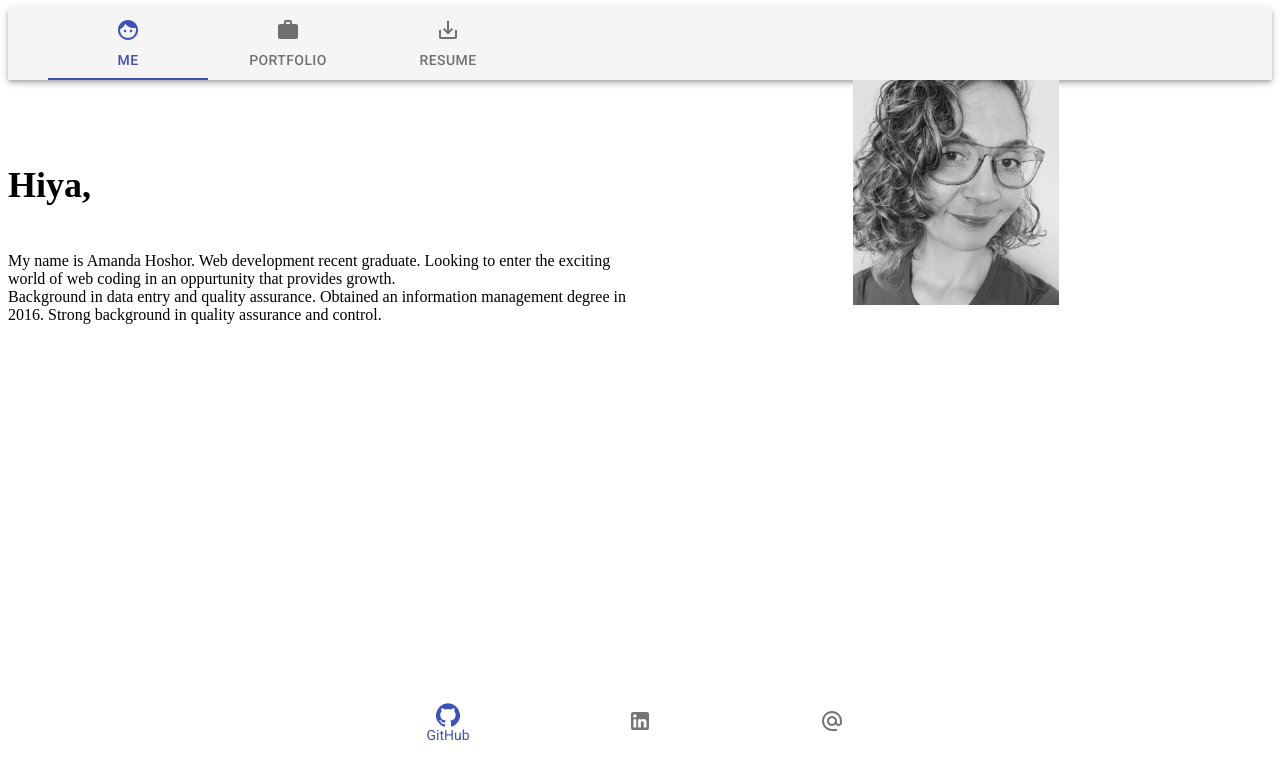
Repository: mandahos/hoshor
Page: /
An editor plug-in stored every save of this project. The page is shown before and after the next save, followed by the edit.
The browser window is 1280 px wide. The pictures show the whole page.
The project was rebuilt for these pictures with package versions that can differ from the ones it lists, and the page was loaded fresh each time. Also part of the build but not shown: src/components/Portfolio/index.js, src/components/Resume/index.js. Imported but missing from the stored project, and not drawn on this page: src/assets/resume/Amanda_Hoshor_Resume.PDF, src/assets/resume/Resume_Hoshor (1).pdf.

Above is the page before, as saved 2021-08-22 08:08:28.

### public/index.html
<!DOCTYPE html>
<html lang="en">
  <head>
    <meta charset="utf-8" />
    <link rel="icon" href="%PUBLIC_URL%/favicon.ico" />
    <meta name="viewport" content="width=device-width, initial-scale=1" />
    <meta name="theme-color" content="#000000" />
    <meta
      name="description"
      content="Web site created using create-react-app"
    />
    <link rel="apple-touch-icon" href="%PUBLIC_URL%/logo192.png" />
    <link rel="stylesheet" href="https://fonts.googleapis.com/css?family=Roboto:300,400,500,700&display=swap" />

    <!--
      manifest.json provides metadata used when your web app is installed on a
      user's mobile device or desktop. See https://developers.google.com/web/fundamentals/web-app-manifest/
    -->

    <link rel="stylesheet" href="https://fonts.googleapis.com/icon?family=Material+Icons" />
    <link rel="manifest" href="%PUBLIC_URL%/manifest.json" />
    <!--
      Notice the use of %PUBLIC_URL% in the tags above.
      It will be replaced with the URL of the `public` folder during the build.
      Only files inside the `public` folder can be referenced from the HTML.

      Unlike "/favicon.ico" or "favicon.ico", "%PUBLIC_URL%/favicon.ico" will
      work correctly both with client-side routing and a non-root public URL.
      Learn how to configure a non-root public URL by running `npm run build`.
    -->
    <title>Hoshor</title>
  </head>
  <body>
    <noscript>You need to enable JavaScript to run this app.</noscript>
    <div id="root"></div>
    <!--
      This HTML file is a template.
      If you open it directly in the browser, you will see an empty page.

      You can add webfonts, meta tags, or analytics to this file.
      The build step will place the bundled scripts into the <body> tag.

      To begin the development, run `npm start` or `yarn start`.
      To create a production bundle, use `npm run build` or `yarn build`.
    -->
  </body>
</html>

### src/index.js
import React from 'react';
import ReactDOM from 'react-dom';
import './css/styles.css';
import App from './App';

ReactDOM.render(
  <React.StrictMode>
    <App />

  </React.StrictMode>,
  document.getElementById('root')
);

// If you want to start measuring performance in your app, pass a function
// to log results (for example: reportWebVitals(console.log))
// or send to an analytics endpoint. Learn more: https://bit.ly/CRA-vitals

### src/css/styles.css
.App {
  font-family: Arial, Helvetica, sans-serif;
  text-align: center;
  background-color: #7A6174;
  color: white
}
h1 {
  font-size: 48px;

}
h2 {
  font-size: 14px
}
.About {
  font-family: Cambria, Cochin, Georgia, Times, 'Times New Roman', serif
}
h3 {
  text-align: left;
}

p {
  text-align: left;
}

### src/App.js
import React, { useState } from "react";
import "./css/styles.css";
import  Navigation from "./components/Navigation";
import  Footer  from "./components/Footer";

// import background from "./assets/images/plug.png"


export default function App() {
   return (
    <div>
      <Navigation />



        <Footer />
    </div>
  )
}

### src/components/Navigation/index.js
import React from 'react';
import PropTypes from 'prop-types';
import { makeStyles } from '@material-ui/core/styles';
import AppBar from '@material-ui/core/AppBar';
import Tabs from '@material-ui/core/Tabs';
import Tab from '@material-ui/core/Tab';

import FaceIcon from '@material-ui/icons/Face';
import WorkIcon from '@material-ui/icons/Work';
import SaveAltIcon from '@material-ui/icons/SaveAlt';

import Typography from '@material-ui/core/Typography';
import Box from '@material-ui/core/Box';

import Me from '../Me/index'
import Portfolio from '../Portfolio/index'
import Resume from '../Resume/index'

function TabPanel(props) {
  const { children, value, index, ...other } = props;

  return (
    <div
      role="tabpanel"
      hidden={value !== index}
      id={`scrollable-force-tabpanel-${index}`}
      aria-labelledby={`scrollable-force-tab-${index}`}
      {...other}
    >
      {value === index && (
        <Box p={3}>
          <Typography>{children}</Typography>
        </Box>
      )}
    </div>
  );
}

TabPanel.propTypes = {
  children: PropTypes.node,
  index: PropTypes.any.isRequired,
  value: PropTypes.any.isRequired,
};

function a11yProps(index) {
  return {
    id: `scrollable-force-tab-${index}`,
    'aria-controls': `scrollable-force-tabpanel-${index}`,
  };
}

const useStyles = makeStyles((theme) => ({
  root: {
    flexGrow: 1,
    width: '100%',
    backgroundColor: theme.palette.background.paper,
  },
}));

export default function ScrollableTabsButtonForce() {
  const classes = useStyles();
  const [value, setValue] = React.useState(0);

  const handleChange = (event, newValue) => {
    setValue(newValue);
  };


  return (
    <>
      <div className={classes.root}>
        <AppBar position="static" color="default">
          <Tabs
            value={value}
            onChange={handleChange}
            variant="scrollable"
            scrollButtons="on"
            indicatorColor="primary"
            textColor="primary"
            aria-label="scrollable force tabs example"
          >

            <Tab label="Me" icon={<FaceIcon />} {...a11yProps(0)} />
            <Tab label="Portfolio" icon={<WorkIcon />} {...a11yProps(1)} />
            <Tab label="Resume" icon={<SaveAltIcon />} {...a11yProps(2)} />
          </Tabs>
        </AppBar>


        {value === 0 && <Me />}
        {value === 1 && <Portfolio />}
        {value === 2 && <Resume />}

      </div>
    </>
  );
}

### src/components/Footer/index.js
import React from 'react';
import { makeStyles } from '@material-ui/core/styles';
import BottomNavigation from '@material-ui/core/BottomNavigation';
import BottomNavigationAction from '@material-ui/core/BottomNavigationAction';
import LinkedInIcon from '@material-ui/icons/LinkedIn';
import GitHubIcon from '@material-ui/icons/GitHub';
import AlternateEmailIcon from '@material-ui/icons/AlternateEmail';
import CSS from './footer.css'

const useStyles = makeStyles({
  root: {
    width: 500,
    position: 'fixed'
  },
});

export default function LabelBottomNavigation() {
  const footer = useStyles();
  const [value, setValue] = React.useState('recents');

  const handleChange = (event, newValue) => {
    setValue(newValue);
  };

  return (
    <BottomNavigation value={value} onChange={handleChange} className={footer}>
      <BottomNavigationAction a href="https://github.com/mandahos" label="GitHub" value="recents" icon={<GitHubIcon />} />
      <BottomNavigationAction a href="https://www.linkedin.com/in/amanda-hoshor/" label="LinkedIn" value="favorites" icon={<LinkedInIcon />} />
      <BottomNavigationAction a href="mailto:hoshor.manda@gmail.com" label="Email" value="nearby" icon={<AlternateEmailIcon />} />

    </BottomNavigation>
  );
}

### src/components/Me/index.js
import React from 'react';
import {
  Container,
  Stack,
  Flex,
  Box,
  Heading,
  Text,
  Image

} from '@chakra-ui/react';


import picture from '../../assets/images/portfolio.jpg'

const Me = () => {

  return (

    <Container maxW={'7xl'}>
      <Stack
        align={'center'}
        spacing={{ base: 8, md: 10 }}
        py={{ base: 20, md: 28 }}
        direction={{ base: 'column', md: 'row' }}>

        <Stack flex={1} spacing={{ base: 5, md: 10 }}>
          <Heading
            lineHeight={1.1}
            fontWeight={800}
            fontSize={36}
            >
            <Text
              as={'span'}
              position={'relative'}
              _after={{
                content: "''",
                width: 'full',
                height: '80%',
                position: 'absolute',
                bottom: 1,
                left: 0,
                bg: 'red.400',
                zIndex: -1,

              }}>
              Hiya,
            </Text>
            <br />

          </Heading>
          <Text color={'black.500'}>
            My name is Amanda Hoshor. Web development recent graduate. Looking to enter the exciting world of web coding in an oppurtunity that provides growth.
            <br/>
            Background in data entry and quality assurance. Obtained an information management degree in 2016. Strong background in quality assurance and control.
          </Text>
          <Stack
            spacing={{ base: 4, sm: 6 }}
            direction={{ base: 'column', sm: 'row' }}>

          </Stack>
        </Stack>
        <Flex
          flex={1}
          justify={'center'}
          align={'center'}
          position={'relative'}
          w={'full'}>

          <Box
            position={'relative'}
            height={'300px'}
            rounded={'2xl'}
            boxShadow={'2xl'}
            width={'full'}
            overflow={'hidden'}>

            <Image
              alt={'Me'}
              fit={'cover'}
              align={'center'}
              w={'100%'}
              h={'75%'}
              src={
                picture
              }
            />
          </Box>
        </Flex>
      </Stack>
    </Container>
  );
}

export default Me;

### src/components/Footer/footer.css
.root {
    display: block;
    margin-left: auto;
    margin-right: auto;
    margin-top: 25%;
    justify-content: center;
}

After the next save:
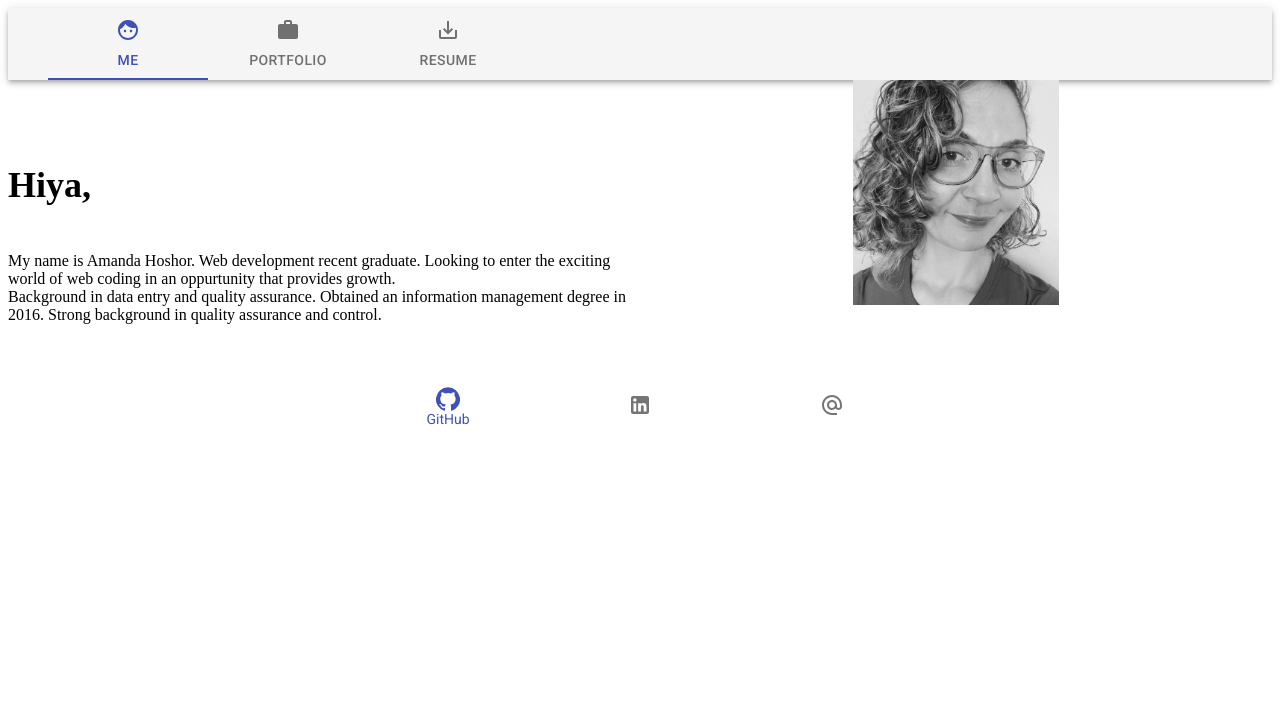
Saved 2 min 18 s later.
--- a/src/components/Footer/index.js
+++ b/src/components/Footer/index.js
@@ -10,7 +10,7 @@
 const useStyles = makeStyles({
   root: {
     width: 500,
-    position: 'fixed'
+
   },
 });
 
@@ -23,7 +23,7 @@
   };
 
   return (
-    <BottomNavigation value={value} onChange={handleChange} className={footer}>
+    <BottomNavigation value={value} onChange={handleChange} className={root}>
       <BottomNavigationAction a href="https://github.com/mandahos" label="GitHub" value="recents" icon={<GitHubIcon />} />
       <BottomNavigationAction a href="https://www.linkedin.com/in/amanda-hoshor/" label="LinkedIn" value="favorites" icon={<LinkedInIcon />} />
       <BottomNavigationAction a href="mailto:hoshor.manda@gmail.com" label="Email" value="nearby" icon={<AlternateEmailIcon />} />

After the save that followed:
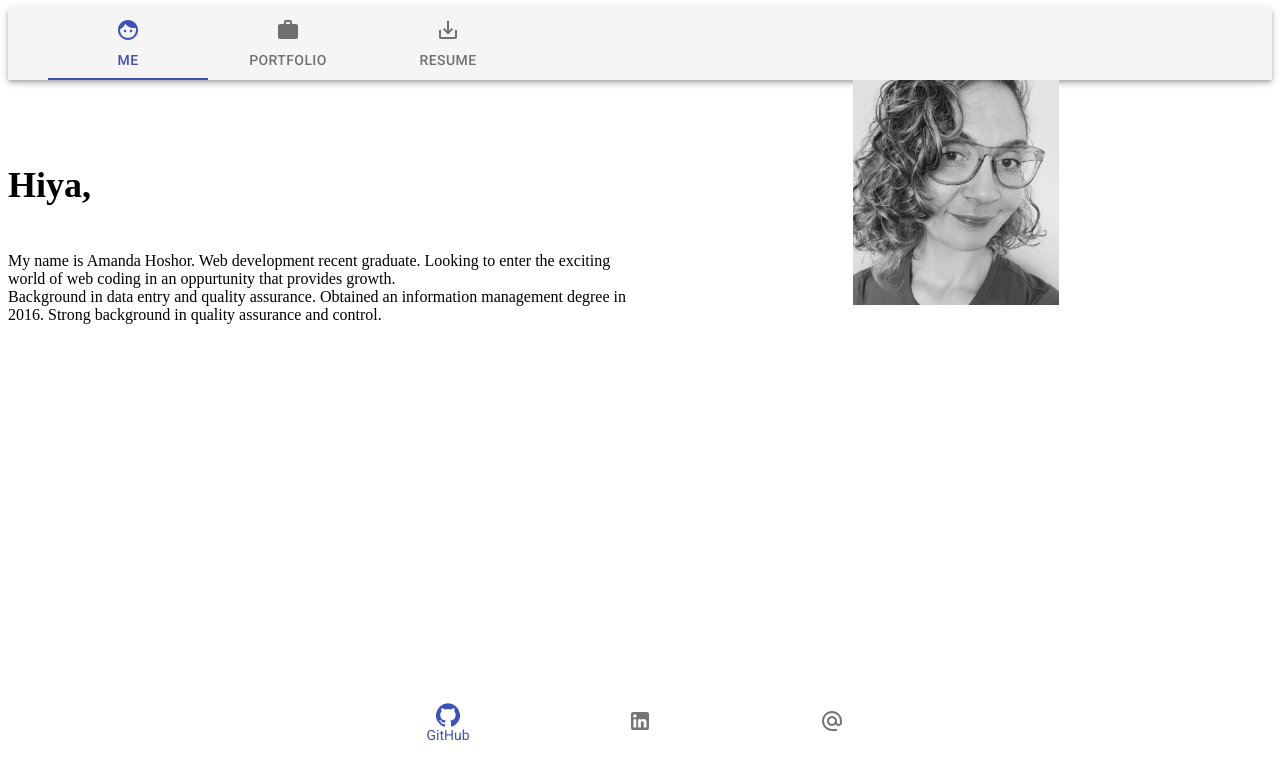
Saved 17 s later.
--- a/src/components/Footer/index.js
+++ b/src/components/Footer/index.js
@@ -23,7 +23,7 @@
   };
 
   return (
-    <BottomNavigation value={value} onChange={handleChange} className={root}>
+    <BottomNavigation value={value} onChange={handleChange} className={footer}>
       <BottomNavigationAction a href="https://github.com/mandahos" label="GitHub" value="recents" icon={<GitHubIcon />} />
       <BottomNavigationAction a href="https://www.linkedin.com/in/amanda-hoshor/" label="LinkedIn" value="favorites" icon={<LinkedInIcon />} />
       <BottomNavigationAction a href="mailto:hoshor.manda@gmail.com" label="Email" value="nearby" icon={<AlternateEmailIcon />} />
